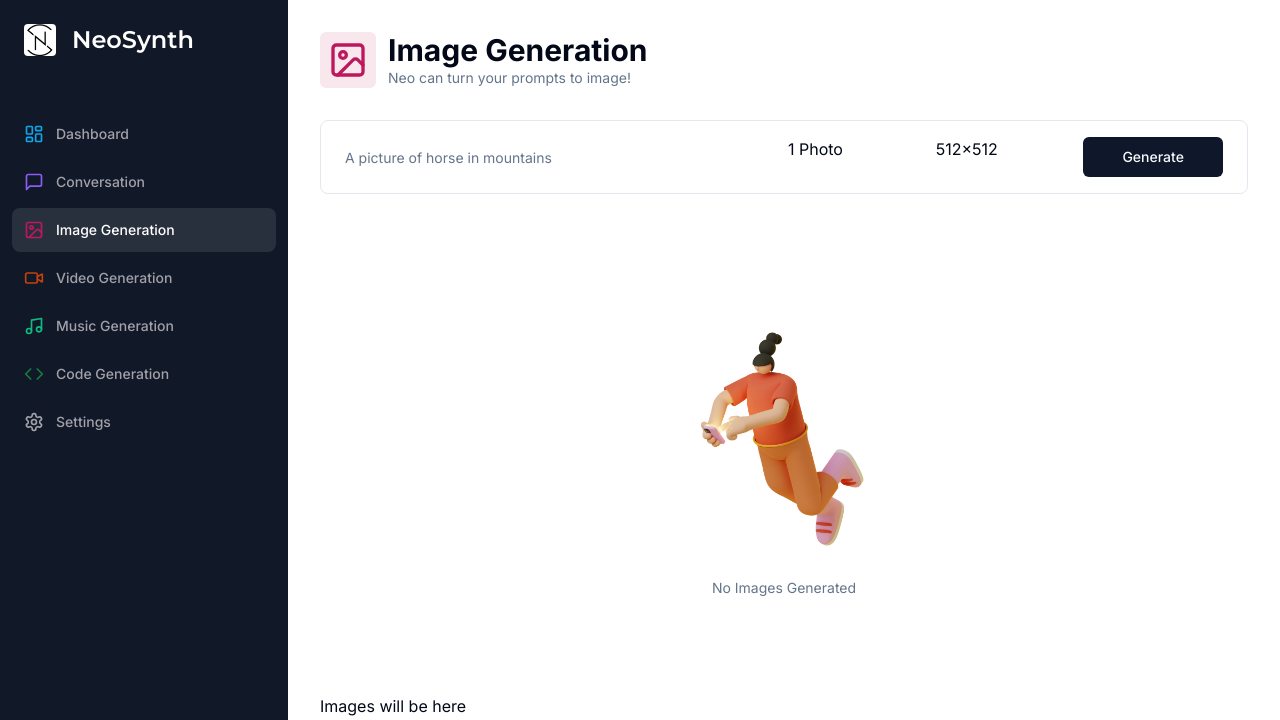
Repository: tathagat22/NeoSynth
Page: /image
The author's editor kept a copy of each file at every save. The page is drawn from the files as they stood at one save, then again after the next save.
The browser window is 1280 px wide. The pictures show the whole page.
The page's requests for data from a server got no answer. The project was rebuilt for these pictures with package versions that can differ from the ones it lists, and the page was loaded fresh each time. Some packages were replaced by stand-ins written for this rebuild. The framework's server and built-in components were replaced by stand-ins that run in the browser. No one was signed in, and anything a server would have sent is missing. Also part of the build but not shown: next.config.js, components/ui/label.tsx, components/loader.tsx.

Above is the page before, as saved 2023-08-31 22:43:23.

### app/layout.tsx
import "./globals.css";
import type { Metadata } from "next";
import { Inter } from "next/font/google";
import { ClerkProvider } from "@clerk/nextjs";

const inter = Inter({ subsets: ["latin"] });

export const metadata: Metadata = {
  title: "NeoSynth",
  description: "Neo is thinking for you behind the matrix",
};

export default function RootLayout({
  children,
}: {
  children: React.ReactNode;
}) {
  return (
    <ClerkProvider>
      <html lang="en">
        <body className={inter.className}>{children}</body>
      </html>
    </ClerkProvider>
  );
}

### app/(dashboard)/layout.tsx
import Navbar from "@/components/Navbar";
import Sidebar from "@/components/sidebar";

const DashboardLayout = ({ children }: { children: React.ReactNode }) => {
  return (
    <div className="h-full relative">
      <div className="hidden h-full md:flex md:w-72 md:flex-col md:fixed md:inset-y-0 z-[80] bg-gray-900">
        <Sidebar />
      </div>
      <main className="md:pl-72">
        <Navbar /> {children}
      </main>
    </div>
  );
};

export default DashboardLayout;

### app/(dashboard)/(routes)/image/page.tsx
"use client";

import * as z from "zod";
import { Heading } from "@/components/heading";
import { ImageIcon, MessageSquare } from "lucide-react";
import { useForm } from "react-hook-form";
import { amountOptions, formSchema, resolutionOptions } from "./constants";
import { zodResolver } from "@hookform/resolvers/zod";
import { Form, FormControl, FormField, FormItem } from "@/components/ui/form";
import { Input } from "@/components/ui/input";
import { Button } from "@/components/ui/button";
import axios from "axios";
import { useRouter } from "next/navigation";
import { useState } from "react";
import OpenAI from "openai";
import { Empty } from "@/components/empty";
import { Loader } from "@/components/loader";
import { cn } from "@/lib/utils";
import { UserAvatar } from "@/components/user-avatar";
import { BotAvatar } from "@/components/bot-avatar";
import {
  Select,
  SelectContent,
  SelectItem,
  SelectValue,
} from "@/components/ui/select";
import { SelectTrigger } from "@radix-ui/react-select";
const ImagePage = () => {
  const router = useRouter();
  const [images, setImages] = useState<string[]>([]);
  const form = useForm<z.infer<typeof formSchema>>({
    resolver: zodResolver(formSchema),
    defaultValues: {
      prompt: "",
      amount: "1",
      resolution: "512x512",
    },
  });

  const isLoading = form.formState.isSubmitting;
  const onSubmit = async (values: z.infer<typeof formSchema>) => {
    try {
      setImages([]);
      const response = await axios.post("/api/image", values);

      const urls = response.data.map((image: { url: string }) => image.url);
      setImages(urls);
      form.reset();
    } catch (error: any) {
      console.log(error);
    } finally {
      router.refresh();
    }
  };
  return (
    <div>
      <Heading
        title="Image Generation"
        description="Neo can turn your prompts to image!"
        icon={ImageIcon}
        iconColor="text-pink-700"
        bgColor="bg-pink-700/10"
      />
      <div className="px-4 lg:px-8">
        <div>
          <Form {...form}>
            <form
              onSubmit={form.handleSubmit(onSubmit)}
              className="rounded-lg border w-full p-4 px-3 md:px-6 focus-within:shadow-sm grid grid-cols-12 gap-2"
            >
              <FormField
                name="prompt"
                render={({ field }) => (
                  <FormItem className="col-span-12 lg:col-span-6">
                    <FormControl className="m-0 p-0">
                      <Input
                        className="border-0 outline-none focus-visible:ring-0 focus-visible:ring-transparent"
                        disabled={isLoading}
                        placeholder="A picture of horse in mountains"
                        {...field}
                      />
                    </FormControl>
                  </FormItem>
                )}
              />
              <FormField
                control={form.control}
                name="amount"
                render={({ field }) => (
                  <FormItem className="col-span-12 lg:col-span-2">
                    <Select
                      disabled={isLoading}
                      onValueChange={field.onChange}
                      value={field.value}
                      defaultValue={field.value}
                    >
                      <FormControl>
                        <SelectTrigger>
                          <SelectValue defaultValue={field.value} />
                        </SelectTrigger>
                      </FormControl>
                      <SelectContent>
                        {amountOptions.map((option) => (
                          <SelectItem key={option.value} value={option.value}>
                            {option.label}
                          </SelectItem>
                        ))}
                      </SelectContent>
                    </Select>
                  </FormItem>
                )}
              />
              <FormField
                control={form.control}
                name="resolution"
                render={({ field }) => (
                  <FormItem className="col-span-12 lg:col-span-2">
                    <Select
                      disabled={isLoading}
                      onValueChange={field.onChange}
                      value={field.value}
                      defaultValue={field.value}
                    >
                      <FormControl>
                        <SelectTrigger>
                          <SelectValue defaultValue={field.value} />
                        </SelectTrigger>
                      </FormControl>
                      <SelectContent>
                        {resolutionOptions.map((option) => (
                          <SelectItem key={option.value} value={option.value}>
                            {option.label}
                          </SelectItem>
                        ))}
                      </SelectContent>
                    </Select>
                  </FormItem>
                )}
              />
              <Button
                className="col-span-12 lg:col-span-2 w-full"
                disabled={isLoading}
              >
                Generate
              </Button>
            </form>
          </Form>
        </div>
        <div className="space-y-4 mt-4">
          {isLoading && (
            <div className="p-20">
              <Loader />
            </div>
          )}
          {images.length === 0 && !isLoading && (
            <Empty label="No Images Generated" />
          )}
          <div>Images will be here</div>
        </div>
      </div>
    </div>
  );
};

export default ImagePage;

### app/globals.css
@tailwind base;
@tailwind components;
@tailwind utilities;

html, body, :root {
  height: 100%;
}
@layer base {
  :root {
    --background: 0 0% 100%;
    --foreground: 222.2 84% 4.9%;

    --card: 0 0% 100%;
    --card-foreground: 222.2 84% 4.9%;

    --popover: 0 0% 100%;
    --popover-foreground: 222.2 84% 4.9%;

    --primary: 222.2 47.4% 11.2%;
    --primary-foreground: 210 40% 98%;

    --secondary: 210 40% 96.1%;
    --secondary-foreground: 222.2 47.4% 11.2%;

    --muted: 210 40% 96.1%;
    --muted-foreground: 215.4 16.3% 46.9%;

    --accent: 210 40% 96.1%;
    --accent-foreground: 222.2 47.4% 11.2%;

    --destructive: 0 84.2% 60.2%;
    --destructive-foreground: 210 40% 98%;

    --border: 214.3 31.8% 91.4%;
    --input: 214.3 31.8% 91.4%;
    --ring: 222.2 84% 4.9%;

    --radius: 0.5rem;
  }

  .dark {
    --background: 222.2 84% 4.9%;
    --foreground: 210 40% 98%;

    --card: 222.2 84% 4.9%;
    --card-foreground: 210 40% 98%;

    --popover: 222.2 84% 4.9%;
    --popover-foreground: 210 40% 98%;

    --primary: 210 40% 98%;
    --primary-foreground: 222.2 47.4% 11.2%;

    --secondary: 217.2 32.6% 17.5%;
    --secondary-foreground: 210 40% 98%;

    --muted: 217.2 32.6% 17.5%;
    --muted-foreground: 215 20.2% 65.1%;

    --accent: 217.2 32.6% 17.5%;
    --accent-foreground: 210 40% 98%;

    --destructive: 0 62.8% 30.6%;
    --destructive-foreground: 210 40% 98%;

    --border: 217.2 32.6% 17.5%;
    --input: 217.2 32.6% 17.5%;
    --ring: 212.7 26.8% 83.9%;
  }
}

@layer base {
  * {
    @apply border-border;
  }
  body {
    @apply bg-background text-foreground;
  }
}

### components/Navbar.tsx

import { UserButton } from "@clerk/nextjs";
import MobileSidebar from "./mobile-sidebar";

const Navbar = () => {
    return (
        <div className="flex items-center p-4">
            <MobileSidebar />
            <div className="flex w-full justify-end">
                <UserButton afterSignOutUrl="/"/>
            </div>
        </div>
     );
}

export default Navbar;

### components/sidebar.tsx
"use client";

import { cn } from "@/lib/utils";
import { Montserrat } from "next/font/google";
import Image from "next/image";
import Link from "next/link";
import { usePathname } from "next/navigation";
import {
  LayoutDashboard,
  MessageSquare,
  ImageIcon,
  VideoIcon,
  Music,
  Code,
  Settings,
} from "lucide-react";
const montserrat = Montserrat({ weight: "600", subsets: ["latin"] });
const routes = [
  {
    label: "Dashboard",
    icon: LayoutDashboard,
    href: "/dashboard",
    color: "text-sky-500",
  },
  {
    label: "Conversation",
    icon: MessageSquare,
    href: "/conversation",
    color: "text-violet-500",
  },
  {
    label: "Image Generation",
    icon: ImageIcon,
    href: "/image",
    color: "text-pink-700",
  },
  {
    label: "Video Generation",
    icon: VideoIcon,
    href: "/video",
    color: "text-orange-700",
  },
  {
    label: "Music Generation",
    icon: Music,
    href: "/music",
    color: "text-emerald-500",
  },
  {
    label: "Code Generation",
    icon: Code,
    href: "/code",
    color: "text-green-700",
  },
  {
    label: "Settings",
    icon: Settings,
    href: "/settings",
  },
];
const Sidebar = () => {
  const pathname = usePathname();
  return (
    <div className="space-y-4 py-4 flex flex-col h-full bg-[#111827] text-white">
      <div className="px-3 py-2 flex-1">
        <Link href="/dashboard" className="flex items-center pl-3 mb-14">
          <div className="relative w-8 h-8 mr-4 rounded">
            <Image className="rounded" fill alt="Logo" src="/logo.png" />
          </div>
          <h1 className={cn("text-2xl font-bold", montserrat.className)}>
            NeoSynth
          </h1>
        </Link>
        <div className="space-y-1">
          {routes.map((route) => (
            <Link
              href={route.href}
              key={route.href}
              className={cn(
                "text-sm group flex p-3 w-full justify-start font-medium cursor-pointer hover:text-white hover:bg-white/10 rounded-lg transition", pathname == route.href ? "text-white bg-white/10" : "text-zinc-400"
              )}
            >
              <div className="flex items-center flex-1">
                <route.icon className={cn("h-5 w-5 mr-3", route.color)} />{" "}
                {route.label}
              </div>
            </Link>
          ))}
        </div>
      </div>
    </div>
  );
};

export default Sidebar;

### components/heading.tsx
import { cn } from "@/lib/utils";
import { LucideIcon } from "lucide-react";

interface HeadingProps {
  title: string;
  description: string;
  icon: LucideIcon;
  iconColor?: string;
  bgColor?: string;
}

export const Heading = ({
  title,
  description,
  icon: Icon,
  iconColor,
  bgColor,
}: HeadingProps) => {
  return (
    <div className="px-4 lg:px-8 flex items-center gap-x-3 mb-8">
      <div className={cn("p-2 w-fit rounded-md", bgColor)}>
        <Icon className={cn("w-10 h-10", iconColor)} />
      </div>
      <div>
        <h2 className="text-3xl font-bold">{title}</h2>
        <p className="text-sm text-muted-foreground">{description}</p>
      </div>
    </div>
  );
};

### app/(dashboard)/(routes)/image/constants.ts
import * as z from "zod";

export const formSchema = z.object({
  prompt: z.string().min(1, { message: "Image Prompt is required" }),
  amount: z.string().min(1),
  resolution: z.string().min(1),
});

export const amountOptions = [
  {
    value: "1",
    label: "1 Photo"
  },
  {
    value: "2",
    label: "2 Photo"
  },
  {
    value: "3",
    label: "3 Photo"
  },
  {
    value: "4",
    label: "4 Photo"
  },
  {
    value: "5",
    label: "5 Photo"
  },
];

export const resolutionOptions = [
  {
    value: "256x256",
    label: "256x256",
  },
  {
    value: "512x512",
    label: "512x512",
  },
  {
    value: "1024x1024",
    label: "1024x1024",
  },
];

### components/ui/form.tsx
import * as React from "react"
import * as LabelPrimitive from "@radix-ui/react-label"
import { Slot } from "@radix-ui/react-slot"
import {
  Controller,
  ControllerProps,
  FieldPath,
  FieldValues,
  FormProvider,
  useFormContext,
} from "react-hook-form"

import { cn } from "@/lib/utils"
import { Label } from "@/components/ui/label"

const Form = FormProvider

type FormFieldContextValue<
  TFieldValues extends FieldValues = FieldValues,
  TName extends FieldPath<TFieldValues> = FieldPath<TFieldValues>
> = {
  name: TName
}

const FormFieldContext = React.createContext<FormFieldContextValue>(
  {} as FormFieldContextValue
)

const FormField = <
  TFieldValues extends FieldValues = FieldValues,
  TName extends FieldPath<TFieldValues> = FieldPath<TFieldValues>
>({
  ...props
}: ControllerProps<TFieldValues, TName>) => {
  return (
    <FormFieldContext.Provider value={{ name: props.name }}>
      <Controller {...props} />
    </FormFieldContext.Provider>
  )
}

const useFormField = () => {
  const fieldContext = React.useContext(FormFieldContext)
  const itemContext = React.useContext(FormItemContext)
  const { getFieldState, formState } = useFormContext()

  const fieldState = getFieldState(fieldContext.name, formState)

  if (!fieldContext) {
    throw new Error("useFormField should be used within <FormField>")
  }

  const { id } = itemContext

  return {
    id,
    name: fieldContext.name,
    formItemId: `${id}-form-item`,
    formDescriptionId: `${id}-form-item-description`,
    formMessageId: `${id}-form-item-message`,
    ...fieldState,
  }
}

type FormItemContextValue = {
  id: string
}

const FormItemContext = React.createContext<FormItemContextValue>(
  {} as FormItemContextValue
)

const FormItem = React.forwardRef<
  HTMLDivElement,
  React.HTMLAttributes<HTMLDivElement>
>(({ className, ...props }, ref) => {
  const id = React.useId()

  return (
    <FormItemContext.Provider value={{ id }}>
      <div ref={ref} className={cn("space-y-2", className)} {...props} />
    </FormItemContext.Provider>
  )
})
FormItem.displayName = "FormItem"

const FormLabel = React.forwardRef<
  React.ElementRef<typeof LabelPrimitive.Root>,
  React.ComponentPropsWithoutRef<typeof LabelPrimitive.Root>
>(({ className, ...props }, ref) => {
  const { error, formItemId } = useFormField()

  return (
    <Label
      ref={ref}
      className={cn(error && "text-destructive", className)}
      htmlFor={formItemId}
      {...props}
    />
  )
})
FormLabel.displayName = "FormLabel"

const FormControl = React.forwardRef<
  React.ElementRef<typeof Slot>,
  React.ComponentPropsWithoutRef<typeof Slot>
>(({ ...props }, ref) => {
  const { error, formItemId, formDescriptionId, formMessageId } = useFormField()

  return (
    <Slot
      ref={ref}
      id={formItemId}
      aria-describedby={
        !error
          ? `${formDescriptionId}`
          : `${formDescriptionId} ${formMessageId}`
      }
      aria-invalid={!!error}
      {...props}
    />
  )
})
FormControl.displayName = "FormControl"

const FormDescription = React.forwardRef<
  HTMLParagraphElement,
  React.HTMLAttributes<HTMLParagraphElement>
>(({ className, ...props }, ref) => {
  const { formDescriptionId } = useFormField()

  return (
    <p
      ref={ref}
      id={formDescriptionId}
      className={cn("text-sm text-muted-foreground", className)}
      {...props}
    />
  )
})
FormDescription.displayName = "FormDescription"

const FormMessage = React.forwardRef<
  HTMLParagraphElement,
  React.HTMLAttributes<HTMLParagraphElement>
>(({ className, children, ...props }, ref) => {
  const { error, formMessageId } = useFormField()
  const body = error ? String(error?.message) : children

  if (!body) {
    return null
  }

  return (
    <p
      ref={ref}
      id={formMessageId}
      className={cn("text-sm font-medium text-destructive", className)}
      {...props}
    >
      {body}
    </p>
  )
})
FormMessage.displayName = "FormMessage"

export {
  useFormField,
  Form,
  FormItem,
  FormLabel,
  FormControl,
  FormDescription,
  FormMessage,
  FormField,
}

### components/ui/input.tsx
import * as React from "react"

import { cn } from "@/lib/utils"

export interface InputProps
  extends React.InputHTMLAttributes<HTMLInputElement> {}

const Input = React.forwardRef<HTMLInputElement, InputProps>(
  ({ className, type, ...props }, ref) => {
    return (
      <input
        type={type}
        className={cn(
          "flex h-10 w-full rounded-md border border-input bg-background px-3 py-2 text-sm ring-offset-background file:border-0 file:bg-transparent file:text-sm file:font-medium placeholder:text-muted-foreground focus-visible:outline-none focus-visible:ring-2 focus-visible:ring-ring focus-visible:ring-offset-2 disabled:cursor-not-allowed disabled:opacity-50",
          className
        )}
        ref={ref}
        {...props}
      />
    )
  }
)
Input.displayName = "Input"

export { Input }

### components/ui/button.tsx
import * as React from "react"
import { Slot } from "@radix-ui/react-slot"
import { cva, type VariantProps } from "class-variance-authority"

import { cn } from "@/lib/utils"

const buttonVariants = cva(
  "inline-flex items-center justify-center rounded-md text-sm font-medium ring-offset-background transition-colors focus-visible:outline-none focus-visible:ring-2 focus-visible:ring-ring focus-visible:ring-offset-2 disabled:pointer-events-none disabled:opacity-50",
  {
    variants: {
      variant: {
        default: "bg-primary text-primary-foreground hover:bg-primary/90",
        destructive:
          "bg-destructive text-destructive-foreground hover:bg-destructive/90",
        outline:
          "border border-input bg-background hover:bg-accent hover:text-accent-foreground",
        secondary:
          "bg-secondary text-secondary-foreground hover:bg-secondary/80",
        ghost: "hover:bg-accent hover:text-accent-foreground",
        link: "text-primary underline-offset-4 hover:underline",
      },
      size: {
        default: "h-10 px-4 py-2",
        sm: "h-9 rounded-md px-3",
        lg: "h-11 rounded-md px-8",
        icon: "h-10 w-10",
      },
    },
    defaultVariants: {
      variant: "default",
      size: "default",
    },
  }
)

export interface ButtonProps
  extends React.ButtonHTMLAttributes<HTMLButtonElement>,
    VariantProps<typeof buttonVariants> {
  asChild?: boolean
}

const Button = React.forwardRef<HTMLButtonElement, ButtonProps>(
  ({ className, variant, size, asChild = false, ...props }, ref) => {
    const Comp = asChild ? Slot : "button"
    return (
      <Comp
        className={cn(buttonVariants({ variant, size, className }))}
        ref={ref}
        {...props}
      />
    )
  }
)
Button.displayName = "Button"

export { Button, buttonVariants }

### components/empty.tsx
import Image from "next/image";

interface EmptyProps {
  label: string;
}

export const Empty = ({ label }: EmptyProps) => {
  return (
    <div className="h-full p-20 flex flex-col items-center justify-center">
      <div className="relative h-72 w-72">
        <Image src="/empty.png" fill alt="Empty" />
      </div>
      <p className="text-muted-foreground text-sm text-center">{label}</p>
    </div>
  );
};

### components/mobile-sidebar.tsx
"use client";

import { Button } from "./ui/button";
import { Menu } from "lucide-react";
import { Sheet, SheetContent, SheetTrigger } from "./ui/sheet";
import Sidebar from "./sidebar";
import { useEffect, useState } from "react";
const MobileSidebar = () => {
  //Hydration Error Fix
  const [isMounted, setIsMounted] = useState(false);

  useEffect(() => {
    setIsMounted(true);
  }, []);
  if (!isMounted) return null;
  //Hydration Error Fix Ends Here
  return (
    <Sheet>
      <SheetTrigger>
        <Button variant="ghost" size="icon" className="md:hidden">
          <Menu />
        </Button>
      </SheetTrigger>
      <SheetContent side="left" className="p-0">
        <Sidebar />
      </SheetContent>
    </Sheet>
  );
};

export default MobileSidebar;

Loaded but not shown: lib/utils.ts (common file); tailwind.config.js (common file); components/ui/sheet.tsx (144 lines, source omitted); components/ui/select.tsx (121 lines, source omitted)

After the next save:
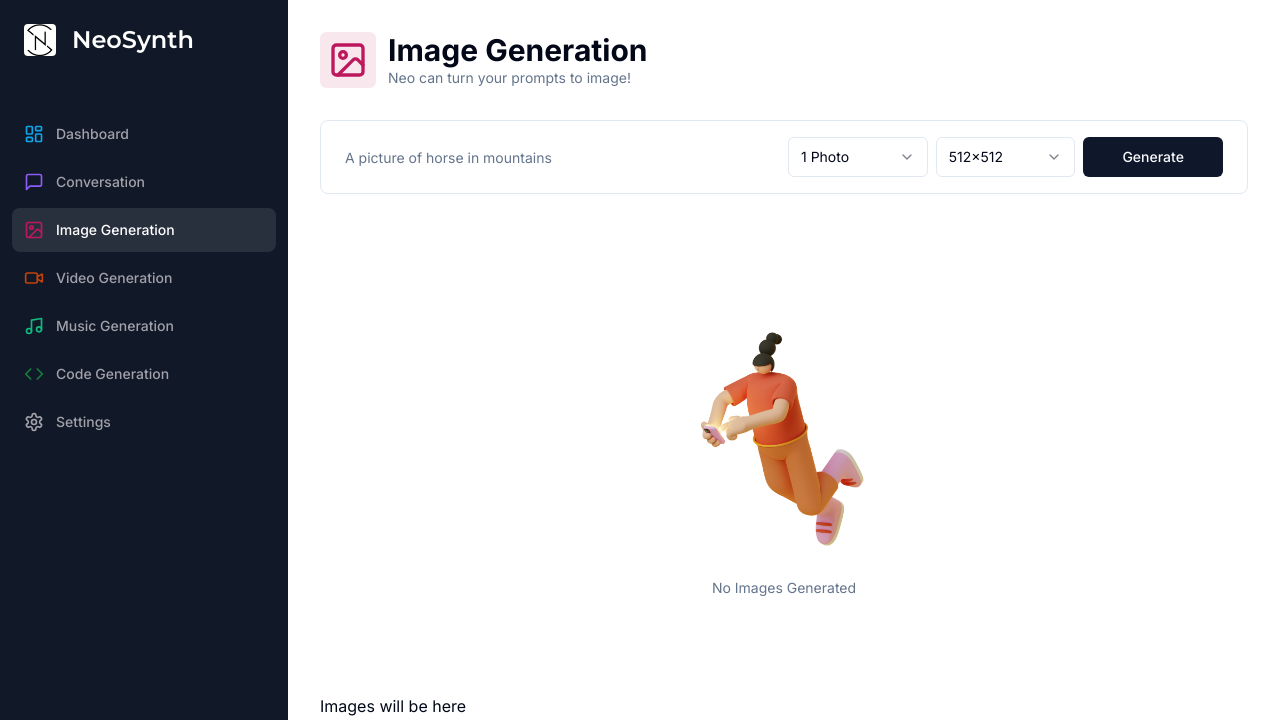
Saved 66 s later.
--- a/app/(dashboard)/(routes)/image/page.tsx
+++ b/app/(dashboard)/(routes)/image/page.tsx
@@ -23,8 +23,9 @@
   SelectContent,
   SelectItem,
   SelectValue,
+  SelectTrigger
 } from "@/components/ui/select";
-import { SelectTrigger } from "@radix-ui/react-select";
+
 const ImagePage = () => {
   const router = useRouter();
   const [images, setImages] = useState<string[]>([]);
